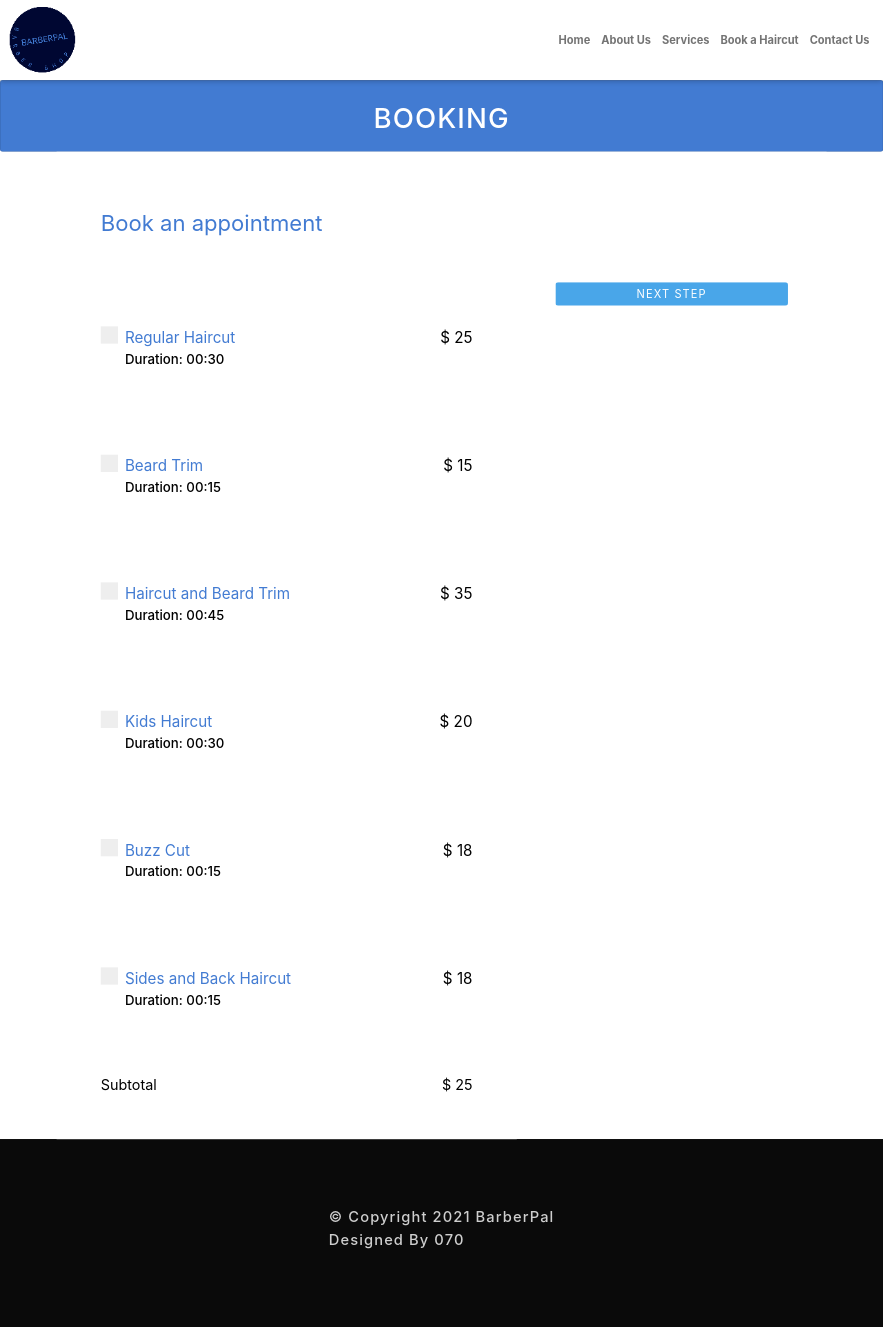
Repository: ofovweewere/haircutPal
Page: /services
The author's editor kept a copy of each file at every save. The page is drawn from the files as they stood at one save, then again after the next save.
The browser window is 1280 px wide. The pictures show the whole page, at 69% of full size.
The project was rebuilt for these pictures with package versions that can differ from the ones it lists, and the page was loaded fresh each time. Also part of the build but not shown: src/tutorial/0-Practice/bookCut.js, src/tutorial/0-Practice/about.js, src/tutorial/0-Practice/servicesAndProducts.js, src/tutorial/0-Practice/contact.js, src/tutorial/0-Practice/landing.js, src/tutorial/0-Practice/error.js.

Above is the page before, as saved 2022-06-24 14:18:05.

After the next save:
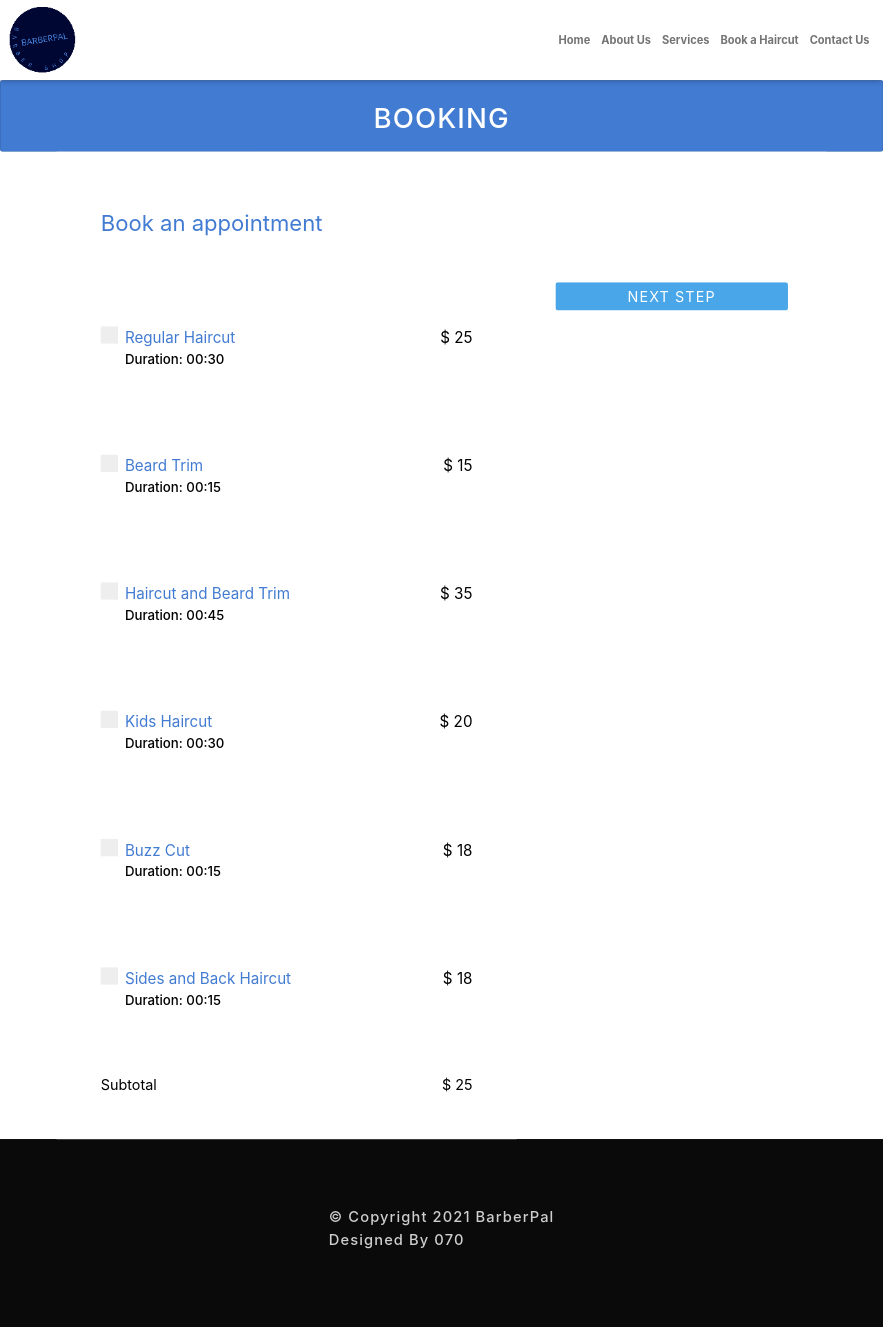
Saved 19 s later.
--- a/src/tutorial/0-Practice/booking.js
+++ b/src/tutorial/0-Practice/booking.js
@@ -49,7 +49,7 @@ const Booking = () => {
 
           <div>
             <Heading title="Book an appointment" description="Select Your Service" color='transparent' colorTwo='transparent' />
-            <BlueButton title="NEXT STEP"  />
+            <BlueButton title="NEXT STEP" textSize='1.3rem' />
           </div>
         </div>
       )}
